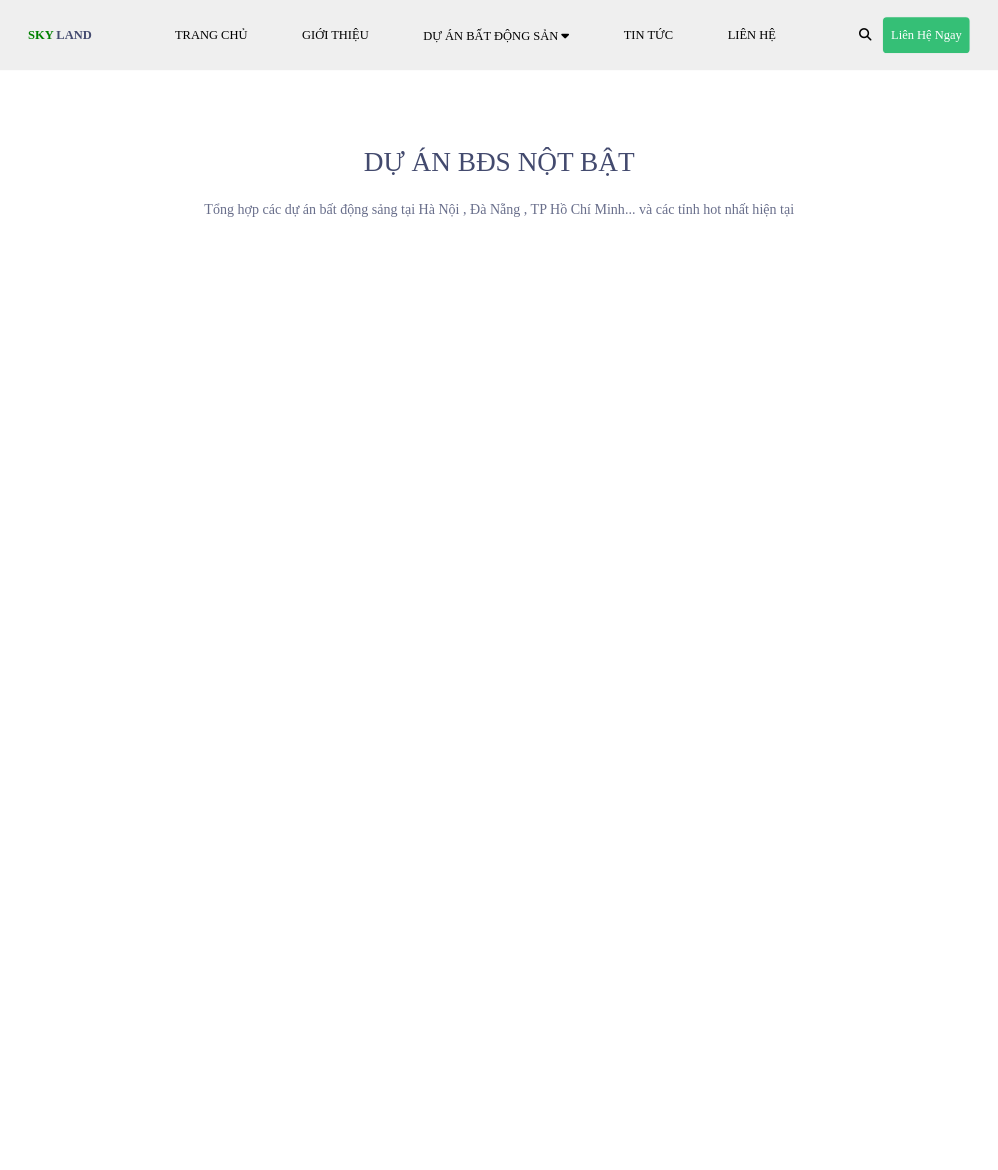
Repository: HuynhDuc23/Webvideodesgin
Page: htmlcssNangCao/index.html
An editor plug-in stored every save of this project. The page is shown before and after the next save, followed by the edit.
The browser window is 1280 px wide. The pictures show the whole page, at 78% of full size.
The style sheet was rebuilt from its Sass, Less or Tailwind sources for each picture, by a compiler version that may differ from the author's.

Above is the page before, as saved 2023-04-30 09:27:24.

### htmlcssNangCao/index.html
<html lang="en">
<head>
    <meta charset="UTF-8">
    <meta http-equiv="X-UA-Compatible" content="IE=edge">
    <meta name="viewport" content="width=device-width, initial-scale=1.0">
    <link rel="stylesheet" href="./reset.css">
    <link rel="stylesheet" href="https://cdnjs.cloudflare.com/ajax/libs/font-awesome/6.4.0/css/all.min.css" integrity="sha512-iecdLmaskl7CVkqkXNQ/ZH/XLlvWZOJyj7Yy7tcenmpD1ypASozpmT/E0iPtmFIB46ZmdtAc9eNBvH0H/ZpiBw==" crossorigin="anonymous" referrerpolicy="no-referrer" />
    <link rel="stylesheet" href="./style.css">

    <title>Document</title>
</head>
<body>
    <div class="skyland">
        <div class="skyland__top">
            <div class="skyland__header">
                <h1 class="skyland__left1">Sky <span>Land</span> </h1>
            </div>
            <div class="skyland__left">
                <ul class="list">
                    <li class="items">Trang Chủ</li>
                    <li class="items">Giới Thiệu</li>
                    <li class="items">Dự Án Bất Động Sản
                        <i class="fa-solid fa-caret-down caret-down"></i>
                    </li>
                    <li class="items">Tin Tức</li>
                    <li class="items">Liên Hệ</li>
                </ul>
            </div>
            <div class="iconbutton">
                <i class="fa-solid fa-magnifying-glass icon-search"></i>
                <span class="text">Liên Hệ Ngay</span>
            </div>
        </div>
        <div class="skyland__center__mid">
            <div class="skyland__center__top">
                <span class="skyland__center__top">Dự Án BĐS nột bật </span>
                <h3 class="paragrap">Tổng hợp các dự án bất động sảng tại Hà Nội , Đà Nẵng , TP Hồ Chí Minh... và các tỉnh hot nhất hiện tại</h3>
            </div>
        </div>
        <div class="skyland__image">
            <div class="skyland__image__flex">
                <div class="skyland__wrap">
                    <img src="" alt="" class="image__skyland">
                </div>
            </div>
        </div>
    </div>
</body>
</html>

### htmlcssNangCao/style.scss

html {
    margin: 0;
    padding: 0;
    box-sizing:border-box ;
}
.skyland {
    width: 100%;
    height: 1500px;
    background-color: white;
    &__top {

        width: 100%;
        height: 90px;
        background-color: #eeee;
        display: flex;
        align-items: center;
        justify-content: space-around;
    }
    &__left {
        .list {
          display: flex;
        }
        .items {
            padding: 0 35px;
            text-transform: uppercase;
            cursor: pointer;
        }
    }
    &__header{
        h1 {
            font-weight: bold;
            cursor: pointer;
             text-transform: uppercase;
             color: green;
        }
        span {
            color:#434a6f;
        }
    }
    .iconbutton {

        .text {
            color: white;
            display: inline-block;
            line-height: 1.6;
            padding-left: 10px;
            cursor: pointer;
            background-color: #35bf76;
         padding: 10px 10px;
         border: 1px solid #eeee;
         border-radius: 6px;
         line-height: 1.6;
         opacity: 1;
         font-weight: 500;
         &:hover {
            opacity: 0.8;
         }
        }
        .icon-search {
            color:black;
            padding-right: 10px;
            cursor: pointer;

        }
    }
 &__center__mid{
    margin-top:100px ;
 }
 &__center__top {
    text-align: center;

    span {
        display: inline-block;
        text-transform: uppercase;
        text-align: center;
        color: #434a6e;
        font-size: 35px;
        font-weight: 700px;
        cursor: pointer;
    }
    .paragrap {
        margin-top: 30px;
        line-height: 1.6;
        font-size: 18px;
        color: #434a6e;
        opacity: 0.8;
    }
 }

}

Loaded but not shown: htmlcssNangCao/reset.css (common file)

After the next save:
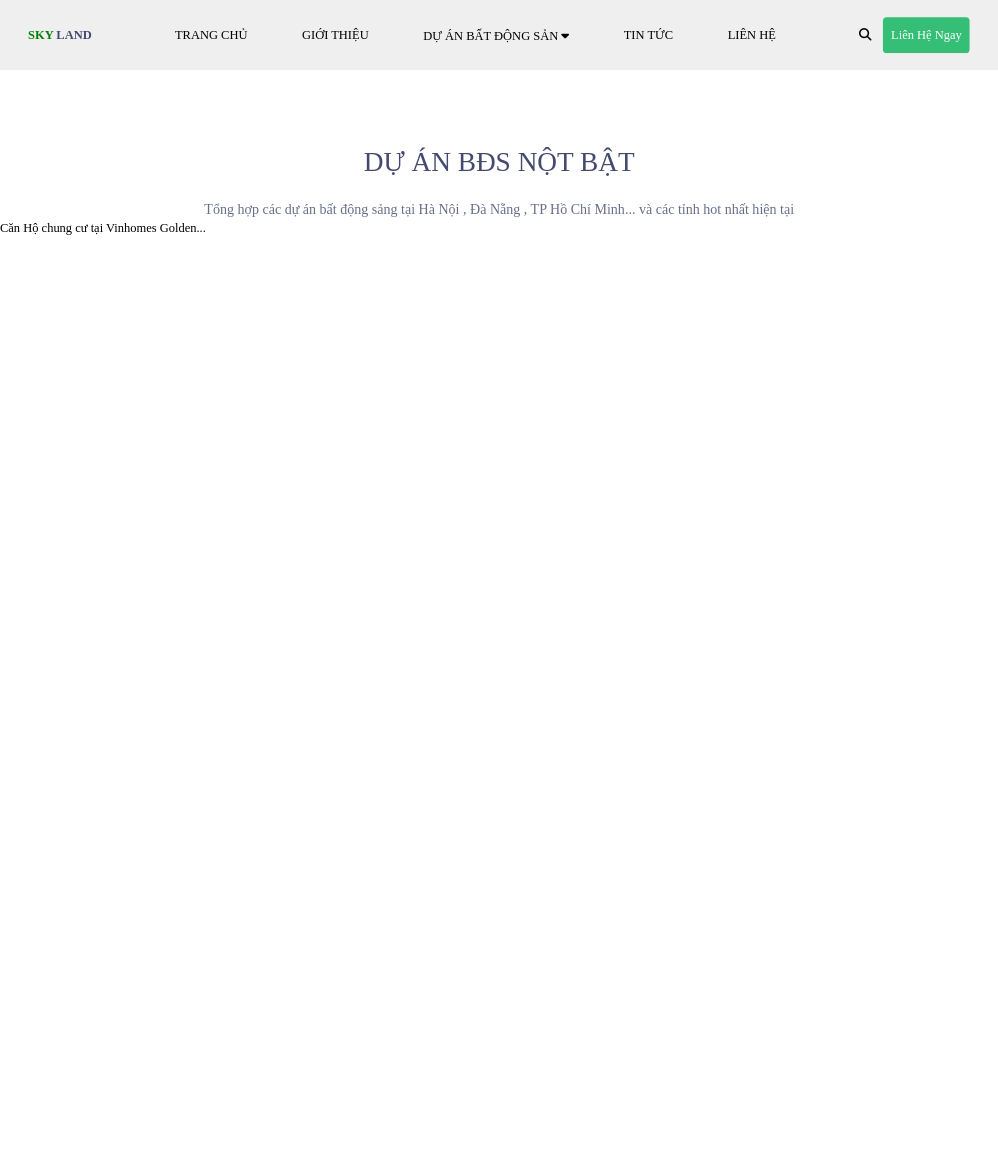
Saved 58 s later.
--- a/htmlcssNangCao/index.html
+++ b/htmlcssNangCao/index.html
@@ -41,6 +41,7 @@
             <div class="skyland__image__flex">
                 <div class="skyland__wrap">
                     <img src="" alt="" class="image__skyland">
+                    <p class="text__desc">Căn Hộ chung cư tại Vinhomes Golden...</p>
                 </div>
             </div>
         </div>
